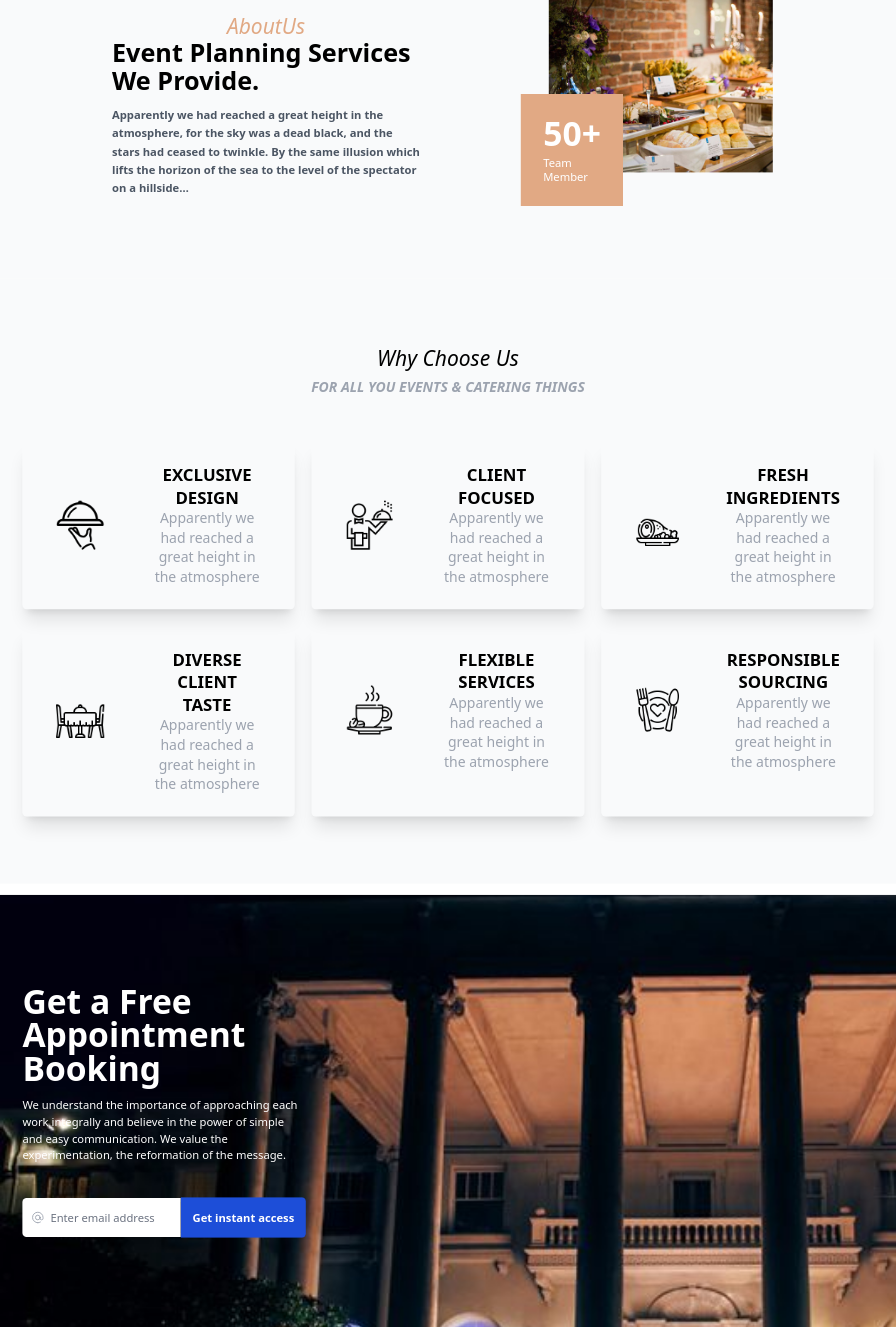
Repository: remydev47/grandes-events
Page: /
These files come from the project's save history. The page is drawn as it stood at one moment and after the next save; the edit follows.
The browser window is 1280 px wide. The pictures show the part of the page from y = 1906 to 3826 px (the page is 3802 px tall before and 3826 px after), at 70% of full size.
The project was rebuilt for these pictures with package versions that can differ from the ones it lists, and the page was loaded fresh each time. Also part of the build but not shown: vite.config.js, src/components/Team.jsx, src/components/Testimonials.jsx, src/components/Menu.jsx, src/components/Footer.jsx.

Above is the page before, as saved 2023-02-08 16:59:48.

### index.html
<!DOCTYPE html>
<html lang="en">
  <head>
    <meta charset="UTF-8" />
    <link rel="icon" type="image/svg+xml" href="/vite.svg" />
    <meta name="viewport" content="width=device-width, initial-scale=1.0" />
    <title>Grendas</title>
  </head>
  <body>
    <div id="root"></div>
    <script type="module" src="/src/main.jsx"></script>
  </body>
</html>

### src/App.jsx
import { useState } from 'react'
import reactLogo from './assets/react.svg'
import { AboutUs, CTA, Reasons, Services } from './components'
import Hero from './components/Hero'
import Navbar from './components/Navbar'

function App() {
  const [count, setCount] = useState(0)

  return (
   <div>
      <Navbar />
      <Hero />
      <Services />
      <AboutUs />
      <Reasons />
      <CTA />
   </div>
  )
}

export default App

### src/index.css
@import url("https://fonts.googleapis.com/css2?family=Epilogue:wght@400;500;600;700&display=swap");

@tailwind base;
@tailwind components;
@tailwind utilities;

### src/components/index.js
import Navbar from "./Navbar";
import Services from './Services'
import Hero from "./Hero";
import Team from './Team';
import Testimonials from './Testimonials';
import Reasons from './Reasons';
import Menu from './Menu';
import CTA from './CTA';
import AboutUs from './Aboutus'
import Footer from './Footer';
import Blog from "./Blog";

export {
    Navbar, Services, Hero, Team, Testimonials, Reasons, Menu, CTA, AboutUs, Footer, Blog
}

### src/components/Hero.jsx
import React from 'react'
import { hero } from '../assets'

const Hero = () => {
  return (
    <section className='relative pt-48 pb-12 xl:pt-60 sm:pb-16 lg:pb-32 xl:pb-48 2xl:pb-56'>
    <div className="absolute inset-0">
     <img className="object-cover w-full h-full" src={hero} alt="" />
    </div>
   <div className='relative'>
    <div className="px-6 mx-auto sm:px-8 lg:px-12 max-w-7xl">
      <div className="w-full lg:w-2/3 xl:w-1/2">
        <h1 className="font-serif text-xl font-bold tracking-tight text-white text-opacity-70 text-center">Proffesional Catering Services</h1>
        <p className="mt-6 tracking-tighter text-[#FFF]">
          <span className="font-sans font-bold text-6xl">WELCOME TO GRENDA </span><br />
          <span className="font-serif italic font-BOLD text-7xl">WE PROVIDE WORLD CLASS EVENT PLANNING</span>
        </p>
        <p className="mt-8 font-erif text-xl font-serif text-[#fff]">
          Hiring A Proffesional Chef for Family Dinners & Gatherings, Date Nights & Branchs, Parties & Get-togethers, and even Meal for entire Families !
        </p>
      </div>
    </div>
   </div>
  </section>
  )
}

export default Hero

### src/components/Navbar.jsx
import React from 'react'
import { navLinks } from '../constants'
import Menupopover from './Menupopover'
import { logo } from '../assets'

const Navbar = () => {
  return (
    <header className="fixed inset-x-0 bg-[#e1a984] z-20 flex justify-between items-center py-2 px-2 shadow-lg dark:bg-slate-900 sm:py-3 sm:px-8">
      <div className='flex grow-0 basis-1/3 md:hidden'>
        <Menupopover />
      </div>

     <div className='flex grow-0 ml-2 justify-center md:justify-start'>
       <img src={logo} alt='user' className='w-[60%] h-[60%] object-contain' />
     </div>


     <ul className="list-none sm:flex hidden justify-center items-center flex-1">
     {navLinks.map((nav, index) => (
        <li
        key={nav.id}
        className={`font-bold cursor-pointer text-[16px
           ${index === navLinks.length - 1 ? 'mr-0' : 'mr-10'}
          text-white `}
        >
            <a>{nav.title}</a>
        </li>
      ))}
      </ul>

    </header>
  )
}

export default Navbar

### src/components/Services.jsx
import React from 'react'

const Services = () => {
  return (
    <section className={` sm:py-16 lg:py-24`}>
      <div className="px-4 mx-auto max-w-7xl sm:px-6 lg:px-8">
       <div className="max-w-2xl mx-auto text-center">
         <h2 className="text-xl font-normal italic leading-tight text-black lg:text-3xl">
          Welcome to Grenda, a premier catering and event planning company.
         </h2>
       </div>

       <div className="grid max-w-md grid-cols-1 gap-6 mx-auto mt-8 text-center lg:max-w-full lg:mt-16 lg:grid-cols-3">

        <div className="overflow-hidden bg-[url('./src/assets/service1.jpeg')] shadow-xl border-gray-300 rounded-md">
          <div className="p-8 xl:px-12 flex flex-col items-center justify-center">
             <div className='flex flex-col'>
               <h1 className='text-3xl font-semibold text-black'>Cooperate catering Services</h1>
             </div>
             <h2 className='font-normal text-xl font-serif text-white text-center mt-2'>
               Wouldn't you Like to be a Guest at your own Party !
             </h2>
             <p className='text-xl text-white text-center font-bold'>
               MON-FRI: 08:00-21:00
             </p>
             <p className='text-xl text-gray-50 text-center font-bold'>
               SAT-SUN: 10:00-17:00
             </p>
          </div>
        </div>

        <div className="overflow-hidden bg-[url('./src/assets/hero.jpeg')] shadow-xl border-gray-300 rounded-md">
          <div className="p-8 xl:px-12 flex flex-col items-center justify-center">
             <div className='flex flex-col'>
               <h1 className='text-3xl font-semibold text-white'>Parties</h1>
             </div>
             <h2 className='font-normal text-xl font-serif text-white text-center mt-2'>
               Are You Busy To Cook ? Give Us A Call
             </h2>
             <p className='text-xl text-white text-center font-bold'>
               MON-FRI: 08:00-21:00
             </p>
             <p className='text-xl text-gray-50 text-center font-bold'>
               SAT-SUN: 10:00-17:00
             </p>
          </div>
        </div>

        <div className="overflow-hidden bg-[url('./src/assets/service3.jpeg')] shadow-xl border-gray-300 rounded-md">
          <div className="p-8 xl:px-12 flex flex-col items-center justify-center">
             <div className='flex flex-col'>
               <h1 className='text-3xl font-semibold text-white'>Birthdays</h1>
             </div>
             <h2 className='font-normal text-xl font-serif text-white text-center mt-2'>
               Look at Our Serviced Menu !
             </h2>
             <p className='text-xl text-white text-center font-bold'>
               MON-FRI: 08:00-21:00
             </p>
             <p className='text-xl text-gray-50 text-center font-bold'>
               SAT-SUN: 10:00-17:00
             </p>
          </div>
        </div>

        <div className="overflow-hidden bg-[url('./src/assets/service2.jpeg')] shadow-xl border-gray-300 rounded-md">
          <div className="p-8 xl:px-12 flex flex-col items-center justify-center">
             <div className='flex flex-col'>
               <h1 className='text-3xl font-semibold text-white'>Weddings</h1>
             </div>
             <h2 className='font-normal text-xl font-serif text-white text-center mt-2'>
               Wedding Serviced Menu !
             </h2>
             <p className='text-xl text-white text-center font-bold'>
               MON-FRI: 08:00-21:00
             </p>
             <p className='text-xl text-gray-50 text-center font-bold'>
               SAT-SUN: 10:00-17:00
             </p>
          </div>
        </div>



       </div>
      </div>
    </section>
  )
}

export default Services

### src/components/Reasons.jsx
import React from 'react'
import { meat,  menu2, menu1, restaurant, romance, coffee, waiter1, waiter2, couple } from '../assets'

const Reasons = () => {
  return (
    <section className={`bg-gray-50 sm:py-16 lg:py-24`}>
      <div className="px-4 mx-auto max-w-7xl sm:px-6 lg:px-8">
       <div className="max-w-2xl mx-auto text-center">
         <h2 className="text-xl font-normal italic leading-tight text-black lg:text-3xl">
           Why Choose Us<br/> <span  className='text-xl font-semibold text-gray-400'>FOR ALL YOU EVENTS & CATERING THINGS</span>
         </h2>

       </div>

       <div className="grid max-w-md grid-cols-1 gap-6 mx-auto mt-8 text-center lg:max-w-full lg:mt-16 lg:grid-cols-3">
        {/* r1 */}
        <div className="overflow-hidden  shadow-xl border-gray-300 rounded-md">
          <div className="p-8 xl:px-12 flex flex-row items-center justify-center">
             <div className='flex flex-col'>
               <img src={waiter1} className="h-1/2 w-1/2"/>
             </div>
             <div className='flex flex-col'>
               <h1 className='text-2xl font-semibold text-black'>EXCLUSIVE DESIGN</h1>
               <p className='text-xl font-normal text-gray-400'>Apparently we had reached a great height in the atmosphere</p>
             </div>
          </div>
        </div>
        {/* r2 */}
        <div className="overflow-hidden  shadow-xl border-gray-300 rounded-md">
          <div className="p-8 xl:px-12 flex flex-row items-center justify-center">
             <div className='flex flex-col'>
               <img src={waiter2} className="h-1/2 w-1/2"/>
             </div>
             <div className='flex flex-col'>
               <h1 className='text-2xl font-semibold text-black'>CLIENT FOCUSED</h1>
               <p className='text-xl font-normal text-gray-400'>Apparently we had reached a great height in the atmosphere</p>
             </div>
          </div>
        </div>
        {/* r3 */}
        <div className="overflow-hidden  shadow-xl border-gray-300 rounded-md">
          <div className="p-8 xl:px-12 flex flex-row items-center justify-center">
             <div className='flex flex-col'>
               <img src={meat} className="h-1/2 w-1/2"/>
             </div>
             <div className='flex flex-col'>
               <h1 className='text-2xl font-semibold text-black'>FRESH INGREDIENTS</h1>
               <p className='text-xl font-normal text-gray-400'>Apparently we had reached a great height in the atmosphere</p>
             </div>
          </div>
        </div>
        {/* r4 */}
        <div className="overflow-hidden  shadow-xl border-gray-300 rounded-md">
          <div className="p-8 xl:px-12 flex flex-row items-center justify-center">
             <div className='flex flex-col'>
               <img src={couple} className="h-1/2 w-1/2"/>
             </div>
             <div className='flex flex-col'>
               <h1 className='text-2xl font-semibold text-black'>DIVERSE CLIENT TASTE</h1>
               <p className='text-xl font-normal text-gray-400'>Apparently we had reached a great height in the atmosphere</p>
             </div>
          </div>
        </div>
        {/* r5 */}
        <div className="overflow-hidden  shadow-xl border-gray-300 rounded-md">
          <div className="p-8 xl:px-12 flex flex-row items-center justify-center">
             <div className='flex flex-col'>
               <img src={coffee} className="h-1/2 w-1/2"/>
             </div>
             <div className='flex flex-col'>
               <h1 className='text-2xl font-semibold text-black'>FLEXIBLE SERVICES</h1>
               <p className='text-xl font-normal text-gray-400'>Apparently we had reached a great height in the atmosphere</p>
             </div>
          </div>
        </div>
        {/* r6 */}
        <div className="overflow-hidden  shadow-xl border-gray-300 rounded-md">
          <div className="p-8 xl:px-12 flex flex-row items-center justify-center">
             <div className='flex flex-col'>
               <img src={romance} className="h-1/2 w-1/2"/>
             </div>
             <div className='flex flex-col'>
               <h1 className='text-2xl font-semibold text-black'>RESPONSIBLE SOURCING</h1>
               <p className='text-xl font-normal text-gray-400'>Apparently we had reached a great height in the atmosphere</p>
             </div>
          </div>
        </div>

       </div>
      </div>
    </section>
  )
}

export default Reasons

### src/components/CTA.jsx
import React from 'react'
import { cta } from '../assets'

const CTA = () => {
  return (
    <section className="mt-4 relative py-10 overflow-hidden  sm:py-16 lg:py-24 xl:py-32">
      <div className="absolute inset-0">
        <img className="object-cover w-full h-full md:object-left md:scale-150 md:origin-top-left" src={cta} alt="" />
      </div>

     <div className="relative px-4 mx-auto sm:px-6 lg:px-8 max-w-7xl">
      <div className="text-center md:w-2/3 lg:w-1/2 xl:w-1/3 md:text-left">
         <h2 className="text-3xl font-bold leading-tight text-white sm:text-4xl lg:text-5xl">Get a Free Appointment Booking</h2>
         <p className="mt-4 text-base text-white">
         We understand the importance of approaching each work integrally and believe in the power of simple and easy communication. We value the experimentation, the reformation of the message.
         </p>

         <form action="#" method="POST" className="mt-8 lg:mt-12">
             <div className="flex flex-col items-center sm:flex-row sm:justify-center">
                 <div className="flex-1 w-full min-w-0 px-4 sm:px-0">
                     <div className="relative text-gray-400 focus-within:text-gray-600">
                         <label htmlFor="email" className="sr-only"></label>
                         <label htmlFor="email" className="sr-only"></label>
                         <div className="absolute inset-y-0 left-0 flex items-center pl-3 pointer-events-none">
                             <svg className="w-5 h-5" xmlns="http://www.w3.org/2000/svg" fill="none" viewBox="0 0 24 24" stroke="currentColor">
                                 <path stroke-linecap="round" stroke-linejoin="round" stroke-width="1.5" d="M16 12a4 4 0 10-8 0 4 4 0 008 0zm0 0v1.5a2.5 2.5 0 005 0V12a9 9 0 10-9 9m4.5-1.206a8.959 8.959 0 01-4.5 1.207" />
                             </svg>
                         </div>
                         <input
                             type="email"
                             name="email"
                             id="email"
                             placeholder="Enter email address"
                             className="block w-full py-4 pl-10 pr-4 text-base text-black placeholder-gray-500 transition-all duration-200 border-gray-200 rounded-md sm:rounded-r-none caret-blue-600 focus:border-blue-600 focus:ring-1 focus:ring-blue-600"
                             required
                         />

                     </div>
                 </div>

                 <button type="submit" className="inline-flex items-center justify-center flex-shrink-0 w-auto px-4 py-4 mt-4 font-semibold text-white transition-all duration-200 bg-blue-700 border border-transparent rounded-md sm:mt-0 sm:rounded-l-none sm:w-auto hover:bg-blue-700 focus:bg-blue-700">
                     Get instant access
                 </button>
             </div>
         </form>
      </div>
     </div>
    </section>
  )
}

export default CTA

### src/components/Aboutus.jsx
import React from 'react'
import { menu1 } from '../assets'

const Aboutus = () => {
  return (
    <section className="py-6 bg-gray-50 sm:py-16 lg:py-24">
      <div className="max-w-5xl px-4 mx-auto sm:px-6 lg:px-8">
         <div className="grid items-center grid-cols-1 gap-y-6 md:grid-cols-2 md:gap-x-20">
            <div className="">
                <h1 className='text-3xl italic text-[#e1a984] text-center'>AboutUs</h1>
                <h2 className="text-4xl font-bold leading-tight text-black sm:text-4xl lg:text-4xl">Event Planning Services We Provide.</h2>
                <p className="mt-4 text-base leading-relaxed text-gray-600 font-semibold">
                 Apparently we had reached a great height in the atmosphere, for the sky was a dead black, and the stars had ceased to twinkle. By the same illusion which lifts the horizon of the sea to the level of the spectator on a hillside…
                </p>
            </div>

            <div className=" pl-20 pr-6 sm:pl-6 md:px-0">
                <div className="relative w-full max-w-xs mt-4 mb-10 ml-auto">
                 <img className="relative -top-4 -left-4" src={menu1} alt="" />



                    <div className="absolute -bottom-10 -left-16 m-2">


                          <div className="px-8 py-8 bg-[#e1a984]">
                               <span className="block text-4xl font-bold text-white lg:text-5xl"> 50+ </span>
                                <span className="block mt-2 text-base leading-tight text-white"> Team<br />Member</span>
                            </div>
                    </div>
                </div>
            </div>
        </div>
      </div>
    </section>
  )
}

export default Aboutus

### src/assets/index.js
import menu from './menu.svg';
import logo from './logo3.png';
import close from './close.svg';
import hero from './hero.jpeg';
import service1 from './service1.jpeg';
import service2 from './service2.jpeg';
import service3 from './service3.jpeg';
import menu1 from './menu-1.jpeg';
import meat from './meat.png';
import menu2 from './menu-2.jpeg';
import restaurant from './restaurant.png';
import coffee from './coffee-cup.png';
import waiter1 from './wait.png';
import waiter2 from './waiter.png';
import romance from './romantic-dinner.png'
import couple from './wedding-dinner.png';
import blog1 from './1.png';
import blog2 from './2.png'
import blog3 from './3.png'
import blog4 from './4.png'
import blog5 from './5.jpg';
import blog6 from './6.jpg'
import blog7 from './7.jpg';
import cta from './service2.jpeg'

export{
    menu, logo, close, hero, service1, service2, service3, menu1, meat,menu2,restaurant, romance,coffee, waiter1, waiter2, couple,
    blog1, blog2, blog3, blog4, blog5, blog6, blog7, cta
}

### src/constants/index.js
export const navLinks=[
    {
        id:"home",
        title:"Home",
    },
    {
        id:"services",
        title:"Services",
    },
    {
        id:"AboutUs",
        title:"AboutUs",
    },
    {
        id:"pricing",
        title:"Pricing",
    },
    {
        id:"menu",
        title:"Menu",
    },
    {
        id:"blog",
        title:"Blog",
    },
    {
        id:"contacts",
        title:"Contacts",
    },
]

### src/components/Menupopover.jsx
import React, { useState } from 'react'
import { navLinks } from '../constants'
import { logo, menu } from '../assets'

const Menupopover = () => {
    const [toggleDrawer, setToggleDrawer] = useState(false);

  return (
    <div className='sm:hidden flex justify-between
     items-center relative'>
      <div className='w-[40px] h-[40px] rounded-[10px] bg-[#e1a984] flex
          justify-center items-center cursor-pointer'>
              {/* <img src={logo} alt='user' className='w-[60%] h-[60%] object-contain' /> */}
      </div>
      <img
        src={menu}
        alt="menu"
        className='w-[34px] h-[34px] object-contain cursor-pointer'
        onClick={() => setToggleDrawer((prev) => !prev)}
      />
      <div className={`fixed top-[60px] bg-[#e1a984] w-full max-w-xs
       ${!toggleDrawer ? '-translate-y-[100vh]' : 'translate-y-0'} transition-all duration-700`}>
        <ul className='list-none flex flex-col justify-end items-center flex-1'>
          {navLinks.map((nav, index) => (
             <li
              key={nav.id}
              className={`font-bold cursor-pointer text-[16px]
              mt-2 border-t border-slate-200 py-4 dark:border-slate-600
              ${index === navLinks.length - 1 ? 'mr-0' : 'mb-4'}
               text-white `}
             >
                 <a>{nav.title}</a>
             </li>
          ))}
        </ul>
       </div>
   </div>
  )
}

export default Menupopover

const styles = {
  container:`fixed top-0 bottom-0 left-0 w-full max-w-xs rounded-r-xl bg-[#e1a984] p-6 shadow-lg dark:bg-gray-800`,
  container2:`absolute top-[60px] right-0 left-0 bg-[#e1a984] z-10 shadow-secondary py-4`
}

### tailwind.config.cjs
/** @type {import('tailwindcss').Config} */
module.exports = {
  content: [
    "./index.html",
    "./src/**/*.{js,ts,jsx,tsx}",
  ],
  theme: {
    extend: {
      backgroundImage: {
        'bg-1': "url('./src/assets/service1.jpeg')",
        'bg-2': "url('./src/assets/hero.jpeg')",
        'bg-3': "url('./src/assets/service2.jpeg')",
        'bg-4': "url('./src/assets/service3.jpeg')",
      },
      fontFamily: {
        epilogue: ['Epilogue', 'sans-serif'],
      },
      boxShadow: {
        secondary: '10px 10px 20px rgba(2, 2, 2, 0.25)',
      },
    },
  },
  plugins: [],
}

Loaded but not shown: src/main.jsx (common file); src/components/Blog.jsx (common file)

After the next save:
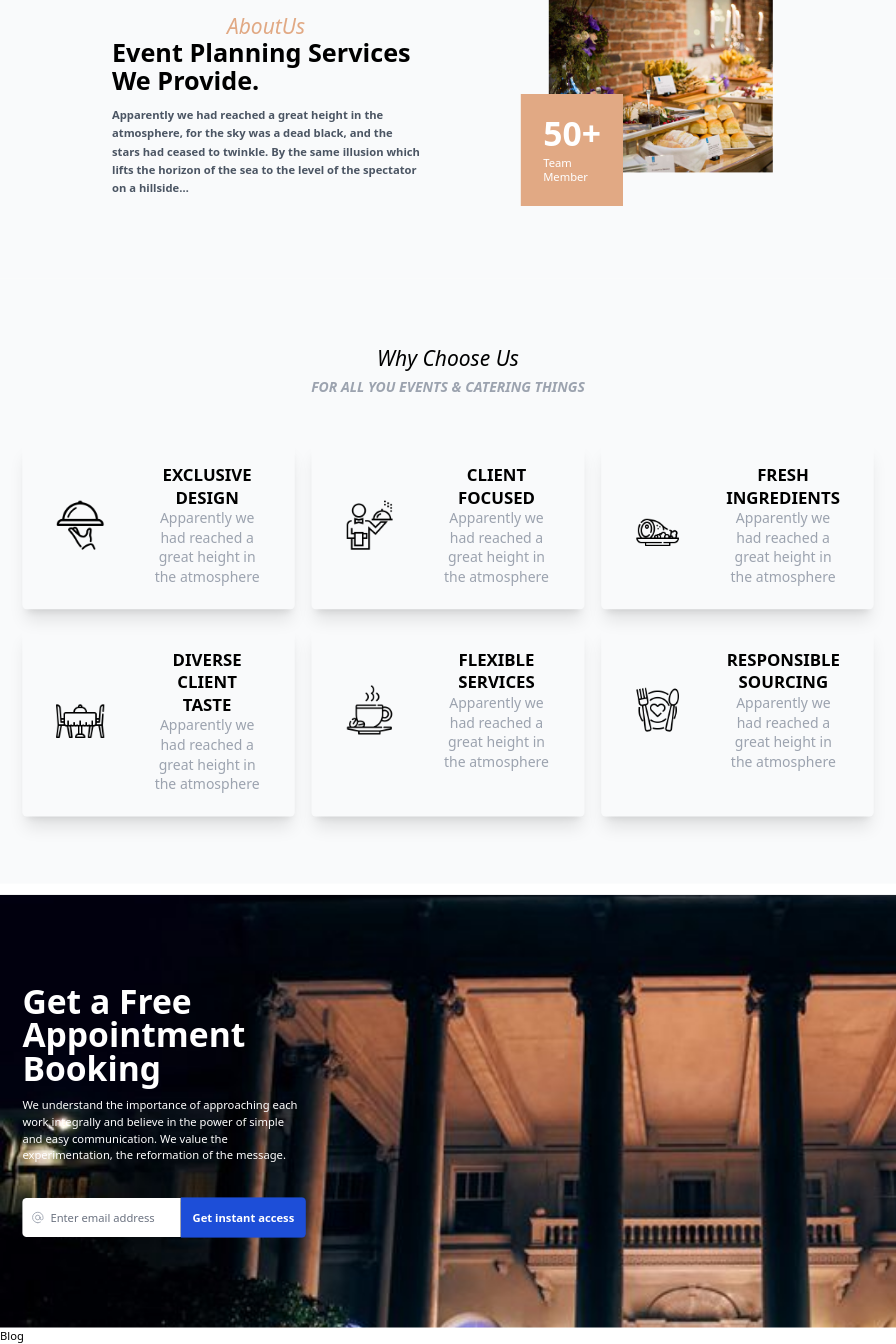
Saved 2 min 16 s later.
--- a/src/App.jsx
+++ b/src/App.jsx
@@ -1,6 +1,6 @@
 import { useState } from 'react'
 import reactLogo from './assets/react.svg'
-import { AboutUs, CTA, Reasons, Services } from './components'
+import { AboutUs, Blog, CTA, Reasons, Services } from './components'
 import Hero from './components/Hero'
 import Navbar from './components/Navbar'
 
@@ -15,6 +15,7 @@ function App() {
       <AboutUs />
       <Reasons />
       <CTA />
+      <Blog />
    </div>
   )
 }
